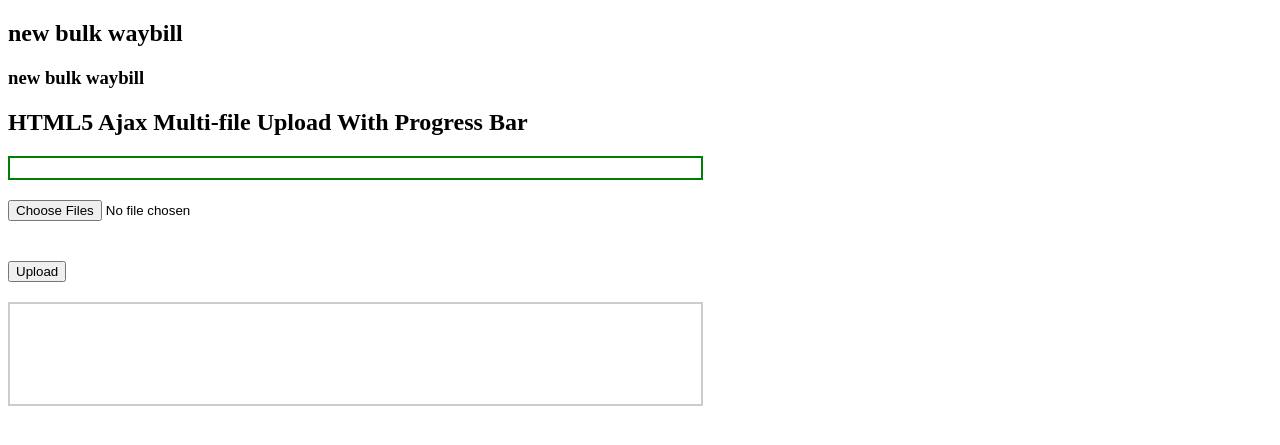
Repository: elhamasiaei13/projectTest
Page: ws-servlet3__2019-07-16-16hh/cargoarchive/src/main/webapp/WEB-INF/views/manifest-new-bulk.html
These files come from the project's save history. The page is drawn as it stood at one moment and after the next save; the edit follows.
The browser window is 1280 px wide. The pictures show the whole page.

Above is the page before, as saved 2019-07-13 05:55:21.

### ws-servlet3__2019-07-16-16hh/cargoarchive/src/main/webapp/WEB-INF/views/manifest-new-bulk.html
<!DOCTYPE html>
<html xmlns:layout="http://www.w3.org/1999/xhtml"
	layout:decorate="~{fragments/main_layout}">
<head>
<meta charset="UTF-8">

<script>
	var totalFileLength, totalUploaded, fileCount, filesUploaded;

	//To log everything on console
	function debug(s) {
		var debug = document.getElementById('debug');
		if (debug) {
			debug.innerHTML = debug.innerHTML + '<br/>' + s;
		}
	}

	//Will be called when upload is completed
	function onUploadComplete(e) {
		totalUploaded += document.getElementById('files').files[filesUploaded].size;
		filesUploaded++;
		debug('complete ' + filesUploaded + " of " + fileCount);
		debug('totalUploaded: ' + totalUploaded);
		if (filesUploaded < fileCount) {
			uploadNext();
		} else {
			var bar = document.getElementById('bar');
			bar.style.width = '100%';
			bar.innerHTML = '100% complete';
			alert('Finished uploading file(s)');
		}
	}

	//Will be called when user select the files in file control
	function onFileSelect(e) {
		var files = e.target.files; // FileList object
		var output = [];
		fileCount = files.length;
		totalFileLength = 0;
		for (var i = 0; i < fileCount; i++) {
			var file = files[i];
			output.push(file.name, ' (', file.size, ' bytes, ',
					file.lastModifiedDate.toLocaleDateString(), ')');
			output.push('<br/>');
			debug('add ' + file.size);
			totalFileLength += file.size;
		}
		document.getElementById('selectedFiles').innerHTML = output.join('');
		debug('totalFileLength:' + totalFileLength);
	}

	//This will continueously update the progress bar
	function onUploadProgress(e) {
		if (e.lengthComputable) {
			var percentComplete = parseInt((e.loaded + totalUploaded) * 100
					/ totalFileLength);
			var bar = document.getElementById('bar');
			bar.style.width = percentComplete + '%';
			bar.innerHTML = percentComplete + ' % complete';
		} else {
			debug('unable to compute');
		}
	}

	//the Ouchhh !! moments will be captured here
	function onUploadFailed(e) {
		alert("Error uploading file");
	}

	//Pick the next file in queue and upload it to remote server
	function uploadNext() {
		var xhr = new XMLHttpRequest();
		var fd = new FormData();
		var file = document.getElementById('files').files[filesUploaded];
		fd.append("file", file);
		xhr.upload.addEventListener("progress", onUploadProgress, false);
		xhr.addEventListener("load", onUploadComplete, false);
		xhr.addEventListener("error", onUploadFailed, false);
		xhr.open("POST", "/cargoarchive/manifests/");
		debug('uploading ' + file.name);
		xhr.send(fd);
	}

	//Let's begin the upload process
	function startUpload() {
		totalUploaded = filesUploaded = 0;
		uploadNext();
	}

	//Event listeners for button clicks
	window.onload = function() {
		document.getElementById('files').addEventListener('change',
				onFileSelect, false);
		document.getElementById('uploadButton').addEventListener('click',
				startUpload, false);
	}
</script>
</head>


<body>
	<div layout:fragment="content">

		<section class="content-header">
			<h1>new bulk waybill</h1>

		</section>

		<section class="content">
			<div class="row">
				<!-- left column -->
				<div class="col-md-12">
					<!-- general form elements -->
					<div class="box box-primary">
						<div class="box-header with-border">
							<h3 class="box-title">new bulk waybill</h3>
						</div>
						<!-- /.box-header -->
						<!-- form start -->
						<div style="width: 55%">
							<h1>HTML5 Ajax Multi-file Upload With Progress Bar</h1>
							<div id='progressBar'
								style='height: 20px; border: 2px solid green; margin-bottom: 20px'>
								<div id='bar'
									style='height: 100%; background: #33dd33; width: 0%'></div>
							</div>
							<form style="margin-bottom: 20px">
								<input type="file" id="files" multiple
									style="margin-bottom: 20px" /><br />
								<output id="selectedFiles"></output>
								<input id="uploadButton" type="button" value="Upload"
									style="margin-top: 20px" />
							</form>
							<div id='debug'
								style='height: 100px; border: 2px solid #ccc; overflow: auto'></div>
						</div>
					</div>

				</div>
		</section>
	</div>

	</div>
</body>
</html>

After the next save:
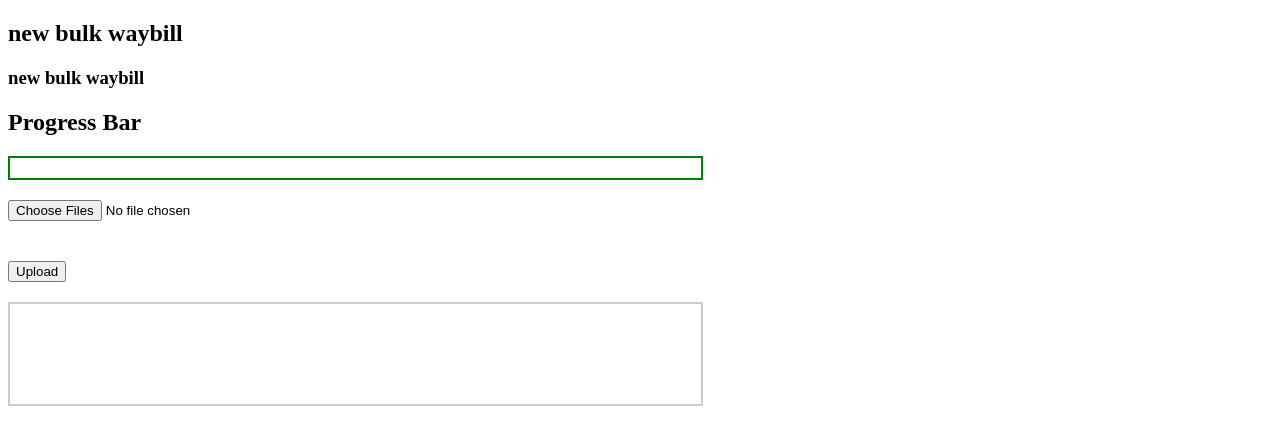
Saved 51 s later.
--- a/ws-servlet3__2019-07-16-16hh/cargoarchive/src/main/webapp/WEB-INF/views/manifest-new-bulk.html
+++ b/ws-servlet3__2019-07-16-16hh/cargoarchive/src/main/webapp/WEB-INF/views/manifest-new-bulk.html
@@ -118,7 +118,7 @@
 						<!-- /.box-header -->
 						<!-- form start -->
 						<div style="width: 55%">
-							<h1>HTML5 Ajax Multi-file Upload With Progress Bar</h1>
+							<h1>Progress Bar</h1>
 							<div id='progressBar'
 								style='height: 20px; border: 2px solid green; margin-bottom: 20px'>
 								<div id='bar'
